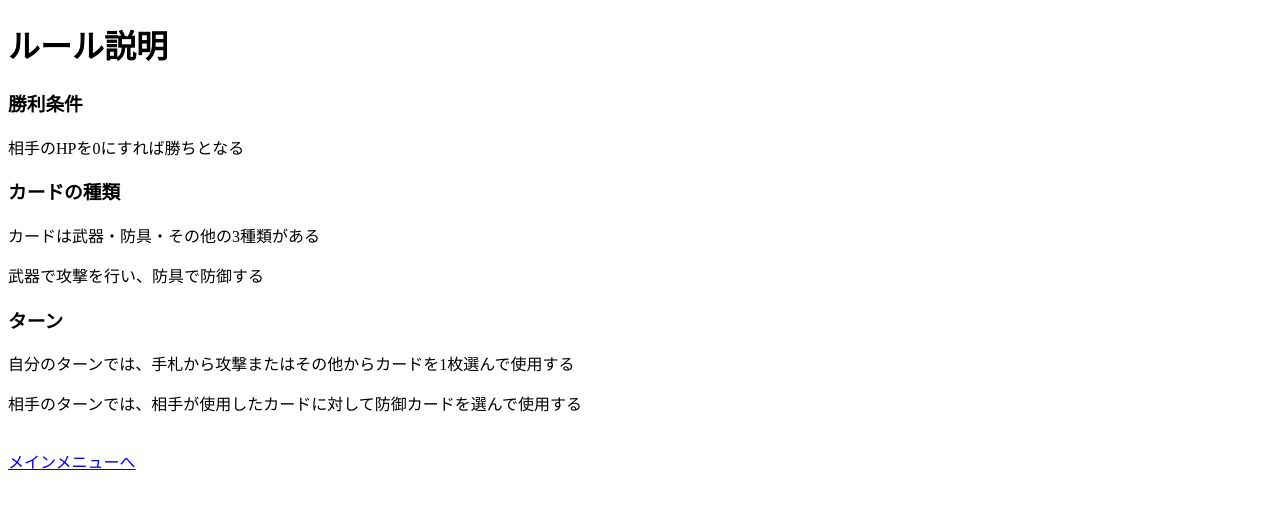
Repository: e1b21074/field_arena
Page: .log/field_arena/src/main/resources/templates/rule.html
These files come from the project's save history. The page is drawn as it stood at one moment and after the next save; the edit follows.
The browser window is 1280 px wide. The pictures show the whole page.

Above is the page before, as saved 2023-11-05 16:25:54.

### .log/field_arena/src/main/resources/templates/rule.html
<!DOCTYPE html>
<html lang="en">

<head>
    <meta charset="UTF-8">
    <meta name="viewport" content="width=device-width, initial-scale=1.0">
    <title>カードゲーム</title>
</head>

<body>
    <h1>ルール説明</h1>

    <h3>勝利条件</h3>
    <p>相手のHPを0にすれば勝ちとなる</p>

    <h3>カードの種類</h3>
    <p>カードは武器・防具・その他の3種類がある</p>
    <p>武器で攻撃を行い、防具で防御する</p>

    <h3>ターン</h3>
    <p>自分のターンでは、手札から攻撃またはその他からカードを1枚選んで使用する</p>
    <p>相手のターンでは、相手が使用したカードに対して防御カードを選んで使用する</p>

    <br>
    <a href="/">メインメニューへ</a>
</body>

</html>

After the next save:
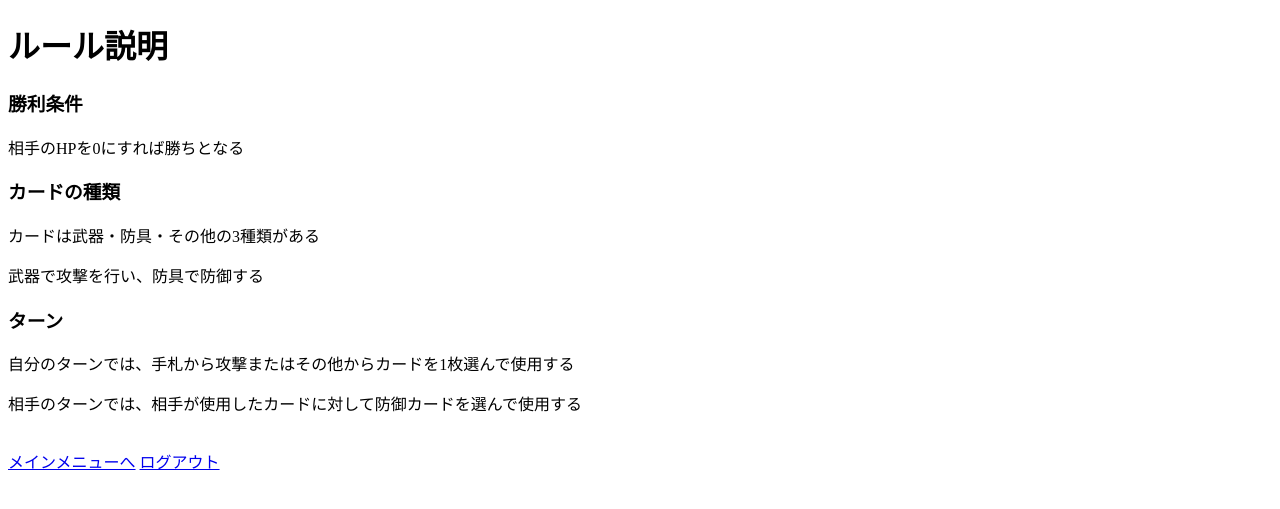
Saved 46 h 12 min later.
--- a/.log/field_arena/src/main/resources/templates/rule.html
+++ b/.log/field_arena/src/main/resources/templates/rule.html
@@ -23,6 +23,8 @@
 
     <br>
     <a href="/">メインメニューへ</a>
+
+    <a href="/logout">ログアウト</a>
 </body>
 
 </html>
